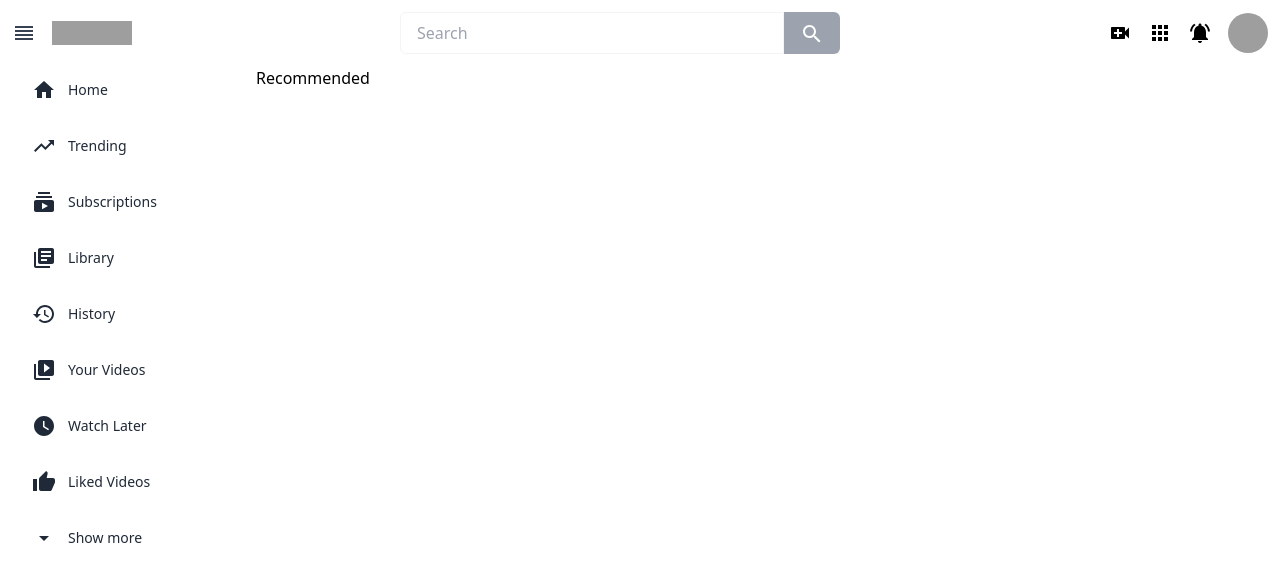
Repository: Shamraiz761/Youtube-clone
Page: /
An editor plug-in stored every save of this project. The page is shown before and after a run of saves, followed by the edit.
The browser window is 1280 px wide. The pictures show the whole page.
Pictures or frames that could not be fetched are drawn as grey boxes. The project was rebuilt for these pictures with package versions that can differ from the ones it lists, and the page was loaded fresh each time. Also part of the build but not shown: vite.config.js.

Above is the page before, as saved 2024-01-19 22:23:56.

After the next 4 saves:
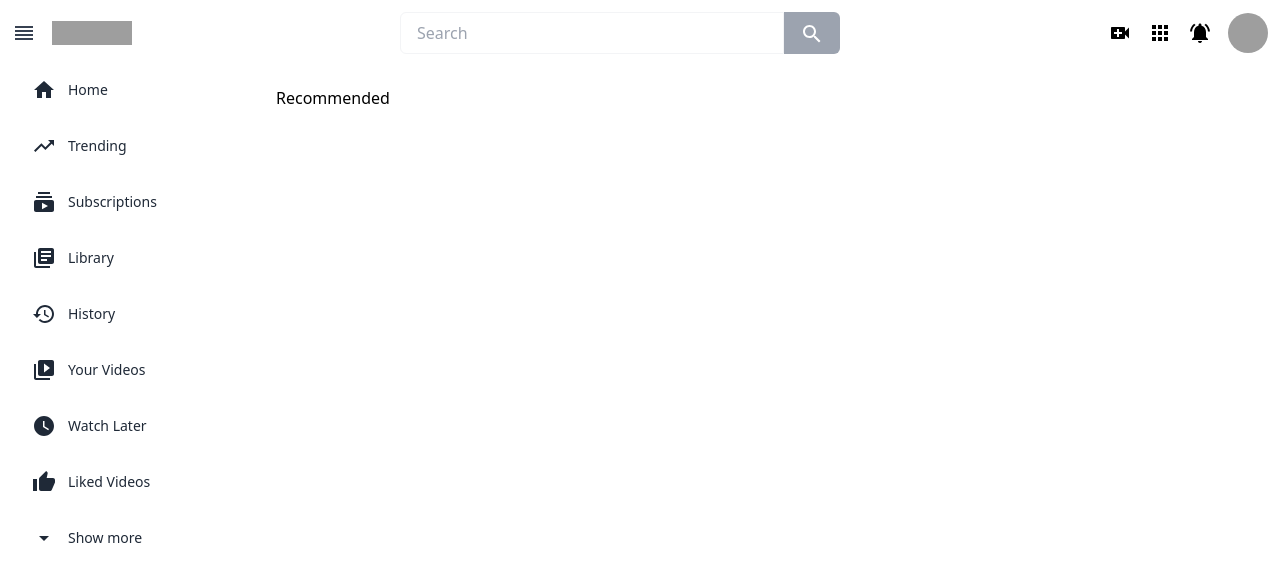
The 4 saves are shown as one change because they came seconds apart.
The last was saved 10 s later.
--- a/src/components/video/RecommendedVideo.jsx
+++ b/src/components/video/RecommendedVideo.jsx
@@ -2,7 +2,7 @@ import React from 'react'
 
 function RecommendedVideo() {
   return (
-    <div cla>
+    <div className='m-5 '>
       <h1 className=''> Recommended</h1>
     </div>
   )
